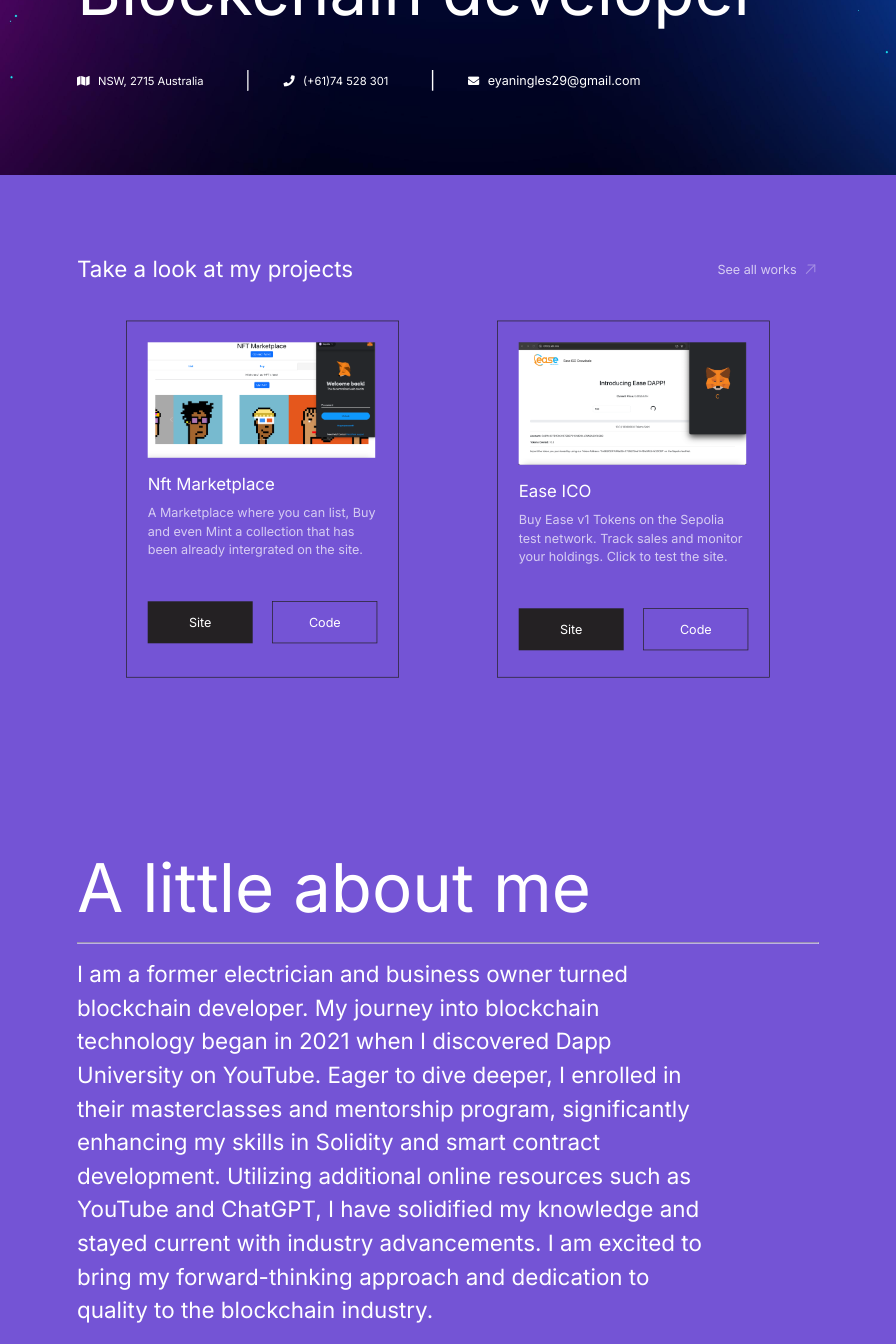
Repository: EyanIngles/Resume
Page: index.html
The author's editor kept a copy of each file at every save. The page is drawn from the files as they stood at one save, then again after the next save.
The browser window is 1280 px wide. The pictures show the part of the page from y = 600 to 2520 px (the page is 4848 px tall), at 70% of full size.

Above is the page before, as saved 2024-06-03 18:34:09.

After the next save:
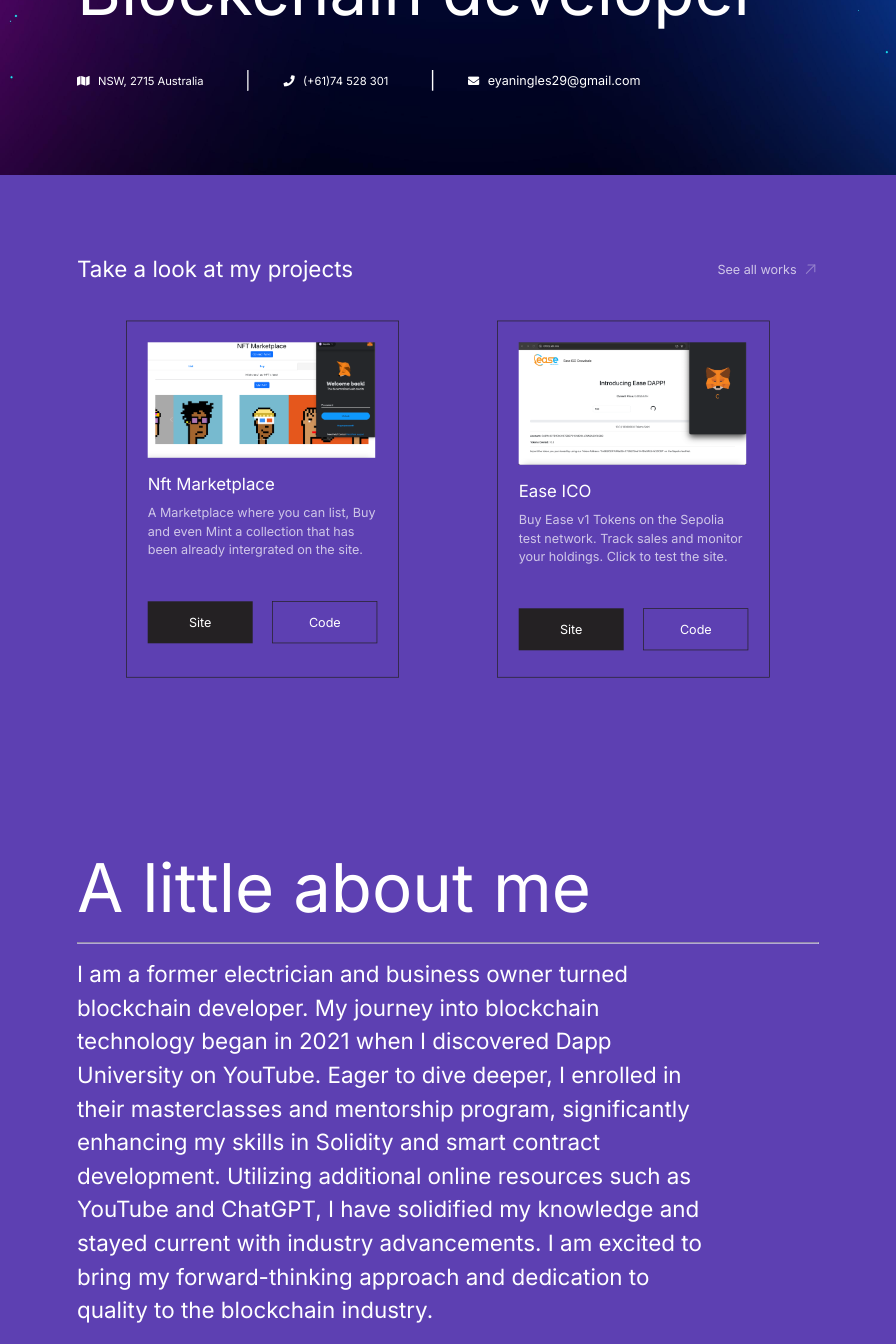
Saved 63 s later.
--- a/css/resume.css
+++ b/css/resume.css
@@ -8,7 +8,7 @@
     --black: #060003;
     --gray: #242123;
     --white: #FFFFFF;
-    --blue: #7454d5;
+    --blue: #5d40b2;
     --border-gradient: linear-gradient(227.58deg, #F4492F -44.04%, #F367A5 42.36%, #553DEB 113.95%);
 
     --font-96: clamp(56px, 8vw, 96px);
